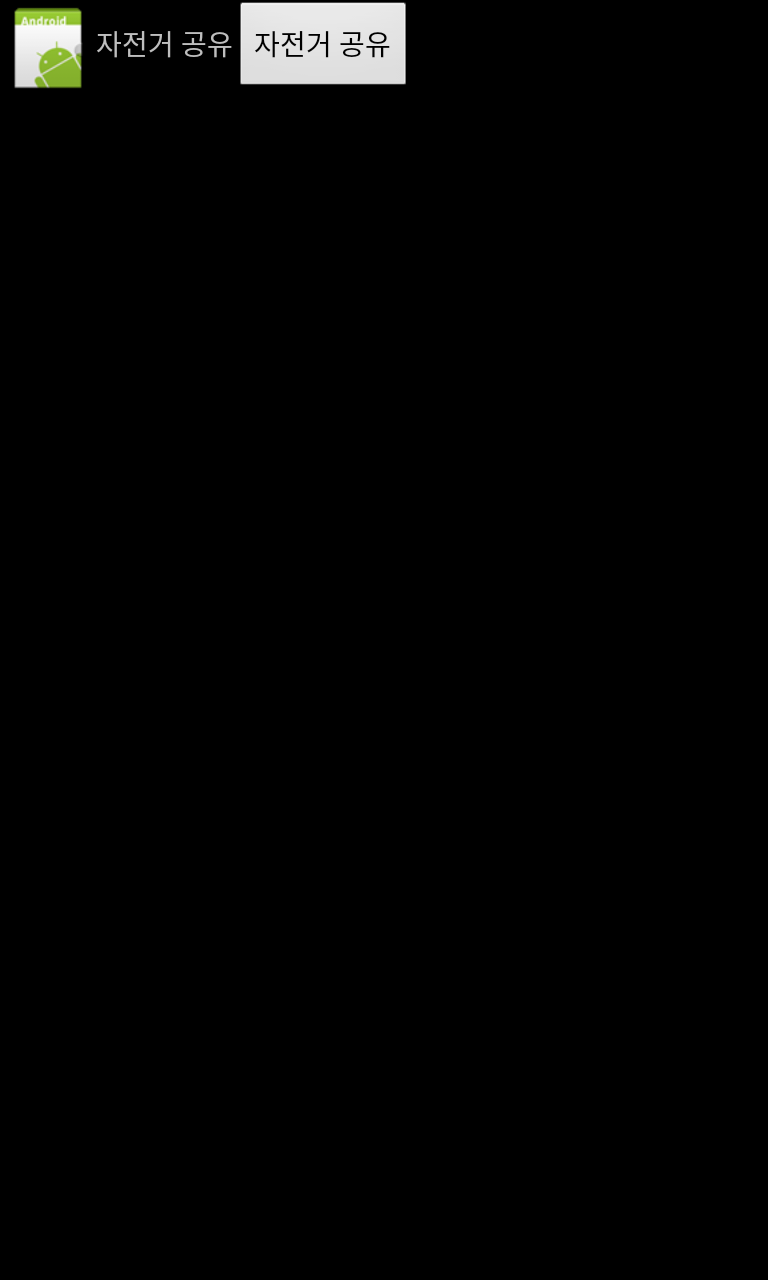
Repository: ET-Bike/E.T-Bike
Layout: Android_Client_ETBike/ETBike/ETBike/res/layout/registertitlebar.xml
An editor plug-in stored every save of this project. The layout is shown before and after the next save, followed by the edit.
It is drawn on a 768 x 1280 px phone screen (xhdpi) without system bars, with theme android:Theme.NoTitleBar; the app's code is not run.

Above is the layout before, as saved 2012-11-08 03:18:09.

### Android_Client_ETBike/ETBike/ETBike/res/layout/registertitlebar.xml
<?xml version="1.0" encoding="utf-8"?>
<LinearLayout xmlns:android="http://schemas.android.com/apk/res/android"
    android:layout_width="match_parent"
    android:layout_height="match_parent"
    android:orientation="horizontal" >

    <ImageView
        android:layout_width="wrap_content"
        android:layout_height="wrap_content"
        android:background="@drawable/icon"
        />

    <TextView
        android:layout_width="wrap_content"
        android:layout_height="wrap_content"
        android:text="자전거 공유"
        />

    <Button
        android:layout_width="wrap_content"
        android:layout_height="wrap_content"
        android:text="자전거 공유"
        />


</LinearLayout>

After the next save:
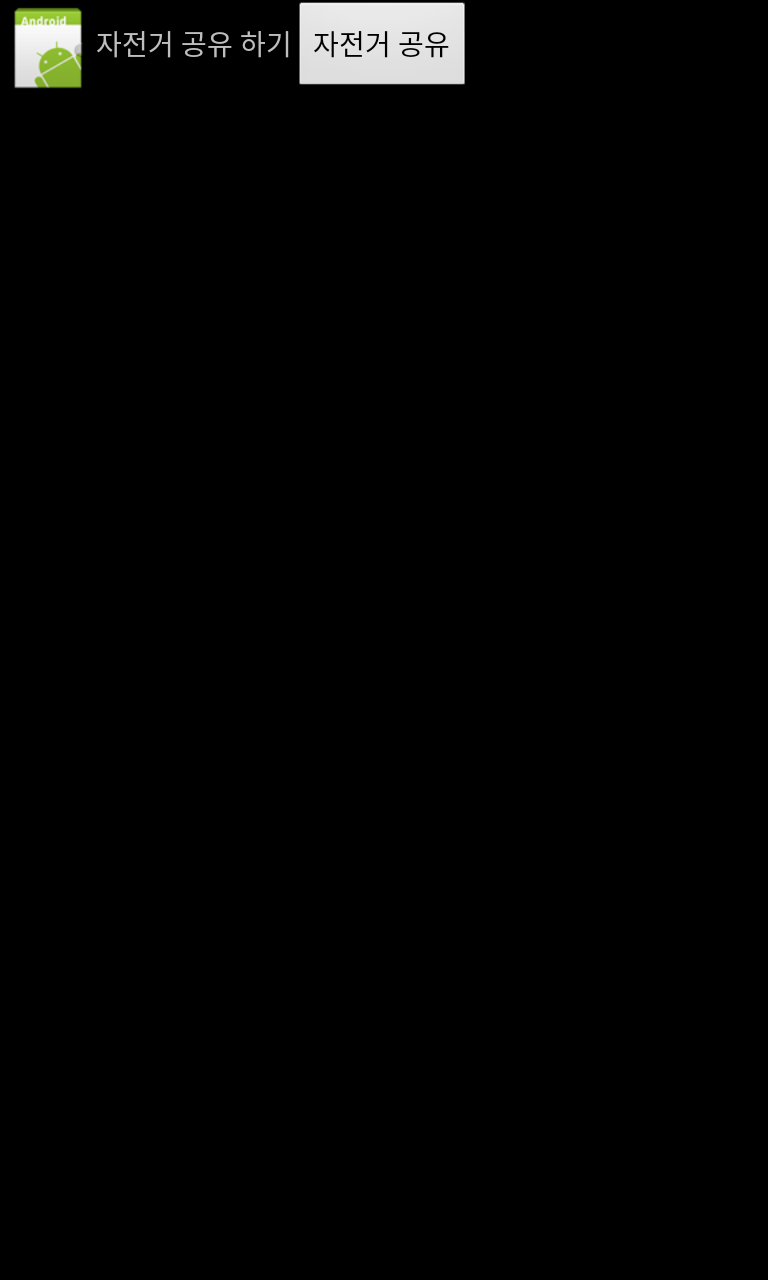
Saved 7 s later.
--- a/Android_Client_ETBike/ETBike/ETBike/res/layout/registertitlebar.xml
+++ b/Android_Client_ETBike/ETBike/ETBike/res/layout/registertitlebar.xml
@@ -13,7 +13,7 @@
     <TextView
         android:layout_width="wrap_content"
         android:layout_height="wrap_content"
-        android:text="자전거 공유"
+        android:text="자전거 공유 하기"
         />
 
     <Button
